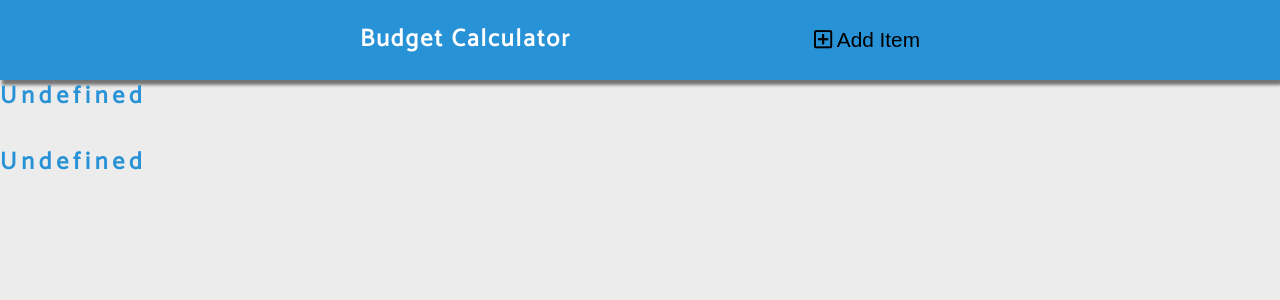
Repository: webdril/budget
Page: /
An editor plug-in stored every save of this project. The page is shown before and after the next save, followed by the edit.
The browser window is 1280 px wide. The pictures show the whole page.
The project was rebuilt for these pictures with package versions that can differ from the ones it lists, and the page was loaded fresh each time.

Above is the page before, as saved 2020-02-29 02:05:14.

### public/index.html
<!DOCTYPE html>
<html lang="en">
<head>
	<meta charset='utf-8'>
	<meta name='viewport' content='width=device-width,initial-scale=1'>

	<title>Budget Calculator</title>

	<link rel='icon' type='image/png' href='/favicon.png'>
	<link rel='stylesheet' href='/global.css'>
	<link rel='stylesheet' href='/build/bundle.css'>
	<!-- Font Awesome -->
	<link rel="stylesheet" href="fontawesome-free-5.11.2-web/css/all.min.css">

	<script defer src='/build/bundle.js'></script>
</head>

<body>
</body>
</html>

### src/App.svelte
<script>
import Navbar from './Navbar.svelte'
import Title from './Title.svelte'
</script>

<!-- <style></style> -->
<!-- CSS/STYLING -->

<Navbar />
<Title />
<Title />

### src/Navbar.svelte
<nav class="nav">
	<div class="nav-center">
		<h1 class="nav-title">Budget Calculator</h1>
		<button type="button" class="nav-btn">
			<i class="far fa-plus-square" />
			Add Item
		</button>
	</div>
</nav>

### src/Title.svelte
<script>
export let title;

</script>


<div class="main-title">
 <h2>{title}</h2>
</div>

### public/global.css
/*
======
Fonts
======
*/
@import url("https://fonts.googleapis.com/css?family=Catamaran:300,400&display=swap");
/*
======
Variables
======
*/
:root {
  --primaryColor: #2892d7;
  --mainWhite: #fff;
  --offWhite: #f7f7f7;
  --mainBlack: #222;
  --mainGrey: #ececec;
  --darkGrey: #afafaf;
  --mainTransition: all 0.3s linear;
  --mainSpacing: 0.3rem;
  --lightShadow: 2px 5px 3px 0px rgba(0, 0, 0, 0.5);
  --darkShadow: 4px 10px 5px 0px rgba(0, 0, 0, 0.5);
  --mainBorderRadius: 0.25rem;
}
/*
======
Global Styles
======
*/
* {
  margin: 0;
  padding: 0;
  box-sizing: border-box;
}

body {
  font-family: "Catamaran", sans-serif;
  color: var(--mainBlack);
  background: var(--mainGrey);
  line-height: 1.4;
  font-size: 1rem;
  font-weight: 300;
}
h1,
h2,
h3,
h4,
h5,
h6 {
  font-family: "Catamaran", sans-serif;
  margin-bottom: 1.25rem;
  letter-spacing: var(--mainSpacing);
}
p {
  margin-bottom: 1.25rem;
}
ul {
  list-style-type: none;
}
a {
  text-decoration: none;
  color: var(--mainBlack);
}
/*
======
Buttons
======
*/
.btn,
.btn-white,
.btn-primary {
  text-transform: uppercase;
  letter-spacing: var(--mainSpacing);
  color: var(--primaryColor);
  border: 2px solid var(--primaryColor);
  padding: 0.45rem 0.8rem;
  display: inline-block;
  transition: var(--mainTransition);
  cursor: pointer;
  font-size: 0.8rem;
  border-radius: var(--mainBorderRadius);
  background: transparent;
}
.btn:hover {
  background: var(--primaryColor);
  color: var(--mainWhite);
}
.btn-white {
  background: transparent;
  color: var(--primaryColor);
  border-color: var(--primaryColor);
}
.btn-white:hover {
  background: var(--mainWhite);
  color: var(--primaryColor);
}
.btn-primary {
  background: var(--primaryColor);
  color: var(--mainWhite);
  border-color: var(--primaryColor);
}
.btn-primary:hover {
  background: transparent;
  color: var(--primaryColor);
}
.btn-block {
  width: 100%;
  display: block;
  margin: 0 auto;
  box-shadow: var(--lightShadow);
}
.disabled {
  color: var(--darkGrey);
  border-color: var(--darkGrey);
}
.disabled:hover {
  background: transparent;
  color: var(--darkGrey);
  border-color: var(--darkGrey);
}
/*
======
Navbar
======
*/
.nav {
  background: var(--primaryColor);
  height: 5rem;
  display: flex;
  align-items: center;
  box-shadow: var(--lightShadow);
}

.nav-center {
  width: 85%;
  max-width: 35rem;
  margin: 0 auto;
  display: flex;
  justify-content: space-between;
}
.nav-title {
  text-transform: capitalize;
  color: var(--mainWhite);
  margin-bottom: 0;
  letter-spacing: 2px;
}
.nav-btn {
  background: transparent;
  font-size: 1.3rem;
  border: none;
  cursor: pointer;
  text-transform: capitalize;
  transition: var(--mainTransition);
}
.nav-btn:hover {
  color: var(--darkGrey);
}
/*
======
Content
======
*/
.content {
  padding: 3rem 0;
  width: 85vw;
  max-width: 35rem;
  margin: 0 auto;
}

/*
======
Main Title
======
*/
.main-title {
  text-transform: capitalize;
  color: var(--primaryColor);
  margin-bottom: 2rem;
}
/*
======
Single Expense
======
*/
.single-expense {
  display: flex;
  justify-content: space-between;
  text-transform: capitalize;
  align-items: center;
  margin-bottom: 2rem;
  padding: 1.3rem 1rem;
  border-radius: var(--mainBorderRadius);
  background: var(--mainWhite);
  box-shadow: var(--lightShadow);
}
.single-expense h2 {
  margin-bottom: 0;
  font-weight: 300;
}
.single-expense h4 {
  margin-bottom: 0;
  margin-top: 1rem;
  font-weight: 300;
  color: var(--primaryColor);
}

.expense-btn {
  font-size: 1rem;
  background: transparent;
  border: none;
  margin: 0 0.4rem;
  transition: var(--mainTransition);
  cursor: pointer;
}
.expense-btn:hover {
  transform: scale(1.2);
}
.amount-btn {
  font-size: 1.3rem;
  background: transparent;
  border: none;
  cursor: pointer;
  color: var(--primaryColor);
}
.delete-btn {
  color: red;
}
.edit-btn {
  color: green;
}
/*
======
Expense Form
======
*/

.expense-form {
  background: var(--mainWhite);
  padding: 1.25rem 1rem;
  text-transform: capitalize;
  border-radius: var(--mainBorderRadius);
  box-shadow: var(--lightShadow);
}

.form-control label {
  display: block;
}
.form-control input {
  width: 100%;
  border: none;
  border-bottom: 2px solid var(--darkGrey);
  margin-bottom: 1.25rem;
  padding: 0.5rem;
  font-size: 1.2rem;
}
.form-empty {
  text-align: center;
  color: red;
}
.form {
  position: relative;
  margin-bottom: 5rem;
}
.close-btn {
  position: absolute;
  top: 0;
  right: 0;
  font-size: 1.2rem;
  text-transform: capitalize;
  display: flex;
  align-items: center;
  width: 4.2rem;
  justify-content: space-between;
  background: transparent;
  border: none;
  color: red;
  cursor: pointer;
}
/*
======
Modal
======
*/
.modal-container {
  position: fixed;
  top: 0;
  left: 0;
  right: 0;
  bottom: 0;
  background: rgba(0, 0, 0, 0.7);
  z-index: 2;
}
.modal-content {
  background: var(--mainWhite);
  width: 85vw;
  max-width: 35rem;
  margin: 0 auto;
  margin-top: 5rem;
  padding: 3rem;
  border-radius: var(--mainBorderRadius);
  position: relative;
}
.modal-content .expense-form {
  box-shadow: none;
}
.modal-container .form {
  margin-bottom: 0;
}
.modal-container .expense-form {
  padding: 1.25rem 0;
}
.modal-container .form {
  position: static;
}
.modal-container .close-btn {
  top: 2%;
  right: 3%;
}
/*
======
Github Users
======
*/

.user {
  margin: 2rem 0;
  box-shadow: var(--lightShadow);
  display: grid;
  grid-template-columns: auto 1fr;
  border-radius: var(--mainBorderRadius);
  grid-column-gap: 2rem;
  background: var(--mainWhite);
}
.user img {
  width: 6rem;
  border-top-left-radius: var(--mainBorderRadius);
  border-bottom-left-radius: var(--mainBorderRadius);
}
.user-info {
  padding-top: 0.75rem;
}
.user-info h3 {
  margin-bottom: 0.75rem;
}

Loaded but not shown: src/main.js (common file); public/fontawesome-free-5.11.2-web/css/all.min.css (library)

After the next save:
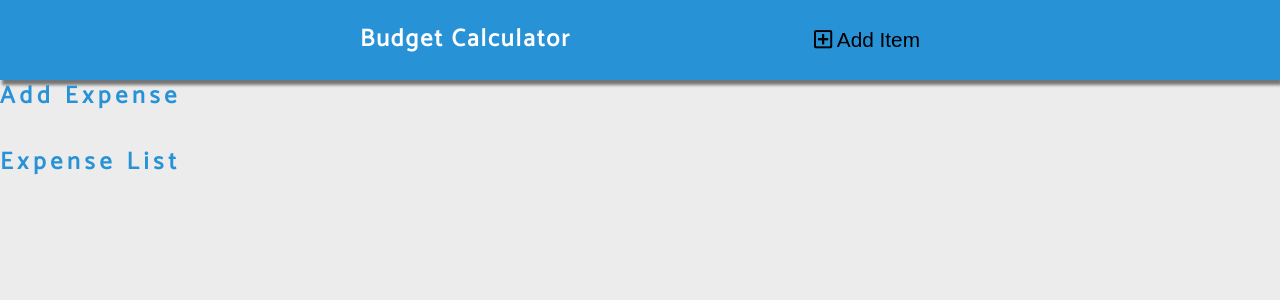
Saved 51 s later.
--- a/src/App.svelte
+++ b/src/App.svelte
@@ -7,5 +7,5 @@ import Title from './Title.svelte'
 <!-- CSS/STYLING -->
 
 <Navbar />
-<Title />
-<Title />
+<Title title="add expense"/>
+<Title title="expense list"/>
